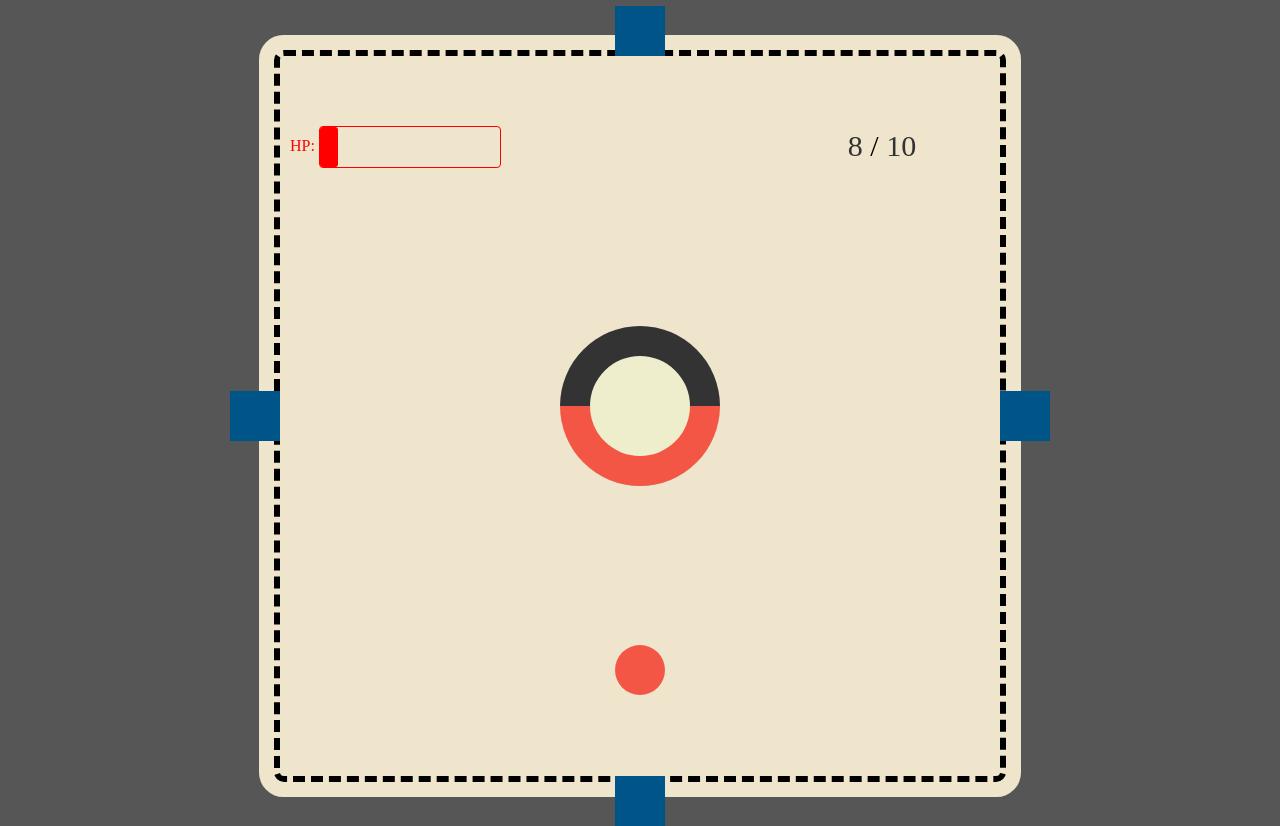
Repository: EEETA/ball-game
Page: theBall2/index.html
These files come from the project's save history. The page is drawn as it stood at one moment and after the next save; the edit follows.
The browser window is 1280 px wide. The pictures show the whole page.
After loading, the first visible `button.start` was clicked once.

Above is the page before, as saved 2018-08-02 16:32:32.

### theBall2/index.html
<!DOCTYPE html>
<html lang="en">
<head>
    <meta charset="UTF-8">
    <title>theBall</title>
	<link rel="stylesheet" href="style/index.css">
    <script src="js/jquery-1.8.3.min.js"></script>
	<script src="js/jquery.rotate.min.js"></script>
</head>
<body>
    <section class="box">
        <!-- 旋转div -->
        <section class="ball ballZhuan">
            <div class="redPart_box">
                <div class="redPart"></div>
            </div>
            <div class="blackPart_box">
                <div class="blackPart"></div>
            </div>
            <div class="middlePart"></div>
        </section>
        <div class="ball2"></div>

        <section class="idx_pattern">
            <!-- 主界面-游戏模式 -->
        </section>
        <section class="idx_intro">
            <!-- 主界面-游戏玩法 -->
        </section>

        <section class="game_mask">
        <!-- 游戏界面-娱乐模式遮罩提示层 -->
        </section>
        <div class="arrow">
            <!-- 升级效果 -->
        </div>
        <section class="game_shootBox">
            <!-- 游戏界面-小球发射台 -->
        </section>
        <section class="game_fraction">
            <!-- 游戏界面-分数血量显示 -->
        </section>
        <section class="game_hanlder">
            <!-- 游戏界面-结束模块 -->
        </section>
    </div>

    <script src="data/data.js"></script>
    <script>
        const patternLen = pattern.length;
        const idxPattern = document.querySelector('.idx_pattern');
        const idxIntro = document.querySelector('.idx_intro');
        const gameShootBox = document.querySelector('.game_shootBox');
        const gameFraction = document.querySelector('.game_fraction');
        const gameHanlder = document.querySelector('.game_hanlder');
        const gameMask = document.querySelector('.game_mask');
        var my=[];
        /*主界面-游戏模式*/
        for(var i=0;i<patternLen;i++){
            let idxPatternMain=`<div class="playWrap">
                                    <div class="playTit"> ${pattern[i].patternName} </div>
                                    <div class="playIntroduce">
                                        <div class="playIntroduceTxt">1.通关条件 <span style="color:#EE8E4E"> ${pattern[i].explain.condition} </span></div>
                                        <div class="playIntroduceTxt">2. ${pattern[i].explain.produce} </div>
                                    </div>
                                    <button class="start">START</button>
                                </div>`
            idxPattern.innerHTML+=idxPatternMain;
        }
        /*主界面-游戏玩法*/
        let produceTxt=`<div class="introTxt">
                            <div>
                                1.按空格键/AD可旋转 <img src="img/img1.png" alt="" class="sizeOne">
                            </div>
                            <div>
                                2.当<img src="img/img2.png" alt="" class="sizeOne">掉落时,根据模式将 <img src="img/img1.png" alt="" class="sizeOne"> 旋转到对应的颜色即可得1分,反之<span style="color:red">HP-1</span>
                            </div>
                            <div>
                                3.进入游戏后，每个玩家血量为5,右上角为分数面板 <img src="img/img3.png" alt="" class="sizeTwo"> 左侧为当前分数,右侧为当前关卡上限,分数达到上限即可进入下一关
                            </div>
                        </div>
                        <button class="introTxtBtn">游戏玩法</button>`
        idxIntro.innerHTML=produceTxt;



        /*游戏界面-小球发射台*/
        let gameShootBoxMain=`<div class="top">
                                    <div class="div_middle"></div>
                                </div>
                                <div class="bottom">
                                    <div class="div_middle"></div>
                                </div>
                                <div class="left">
                                    <div class="div_middle"></div>
                                </div>
                                <div class="right">
                                    <div class="div_middle"></div>
                                </div>`
        gameShootBox.innerHTML+=gameShootBoxMain;
        /*游戏界面-分数血量显示*/
        let gameFractionMain=`<div class="life">HP:
                                    <div class="hp_div">
                                        <div class="hp_div_main"></div>
                                    </div>
                                </div>
                                <div class="fraction">
                                    <span class="fraction_left"></span>
                                    /
                                    <span class="fraction_right"></span>
                                </div>`
        gameFraction.innerHTML=gameFractionMain;
        /*游戏界面-结束模块*/
        let gameHanlderMain=`<div class="interface">
                                <div class="over">Game Over</div>
                                <div class="success">成功通关</div>
                            </div>
                            <div class="button_box">
                                <button class="button_left">再玩一次</button>
                                <button class="button_right">返回大厅</button>
                            </div>`
        gameHanlder.innerHTML=gameHanlderMain;
        /*游戏界面-娱乐模式遮罩提示层*/
        let gameMaskMain=`<div class="Mask_span">
                                <span>按A键向左转</span>
                                <span>按D键向右转</span>
                            </div>
                            <span class="Mask_p">- 按空格键继续 -</span>`
        gameMask.innerHTML=gameMaskMain;
    </script>
    <script src="js/index.js"></script>
    <script src="js/animation.js"></script>
</body>
</html>

### theBall2/style/index.css
@charset "UTF-8";
html{background: #565656;}
body{-webkit-user-select:none;-moz-user-select:none;-ms-user-select:none; user-select:none;}
input{border: none;outline: none;-webkit-tap-highlight-color: #000000;-webkit-tap-highlight-color: rgba(0, 0, 0, 0);}
button{outline: none;}

.box{
    position: relative;
    margin: 50px auto 0;
    /* overflow: hidden; */
    width: 1080px;
    height: 720px;
    background: #eee5cc;
    border: 6px dashed #000;
    box-shadow: 0 0 0 15px #eee5cc;
    border-radius: 10px;
}
/*两种小球制作*/
.ball{
    position: relative;
    width: 160px;
    height: 160px;
    margin:60px auto 0;
    /* transform:rotate(0deg);
    -ms-transform:rotate(0deg);
    -moz-transform:rotate(0deg);
    -webkit-transform:rotate(0deg);
    -o-transform:rotate(0deg); */
    opacity:1
}
.redPart_box,.blackPart_box{
    height: 50%;
    overflow:hidden;
}
.redPart,.blackPart{
    position: relative;
    height: 160px;
    width: 160px;
    border-radius:50%
}
.redPart{background: #f45646;}
.blackPart{background: #333;top:-100%}
/* .redPart{background: #ff9b9b;}
.blackPart{background: #2aa1a7;top:-100%} */
.middlePart{
    position: absolute;
    left: 30px;
    top: 30px;
    width: 100px;
    height:100px;
    border-radius: 50%;
    background:#eec;
}
.ballZhuan{
    animation-name:rotate;
    animation-iteration-count: infinite;
    animation-duration: 4s;
    animation-timing-function: linear;
}
@keyframes rotate{
    0%{
        transform:rotate(0deg)
    }
    100%{
         transform:rotate(360deg)
    }
}


/*小球发射*/
.div_middle{
    position: relative;
    margin: 0 auto;
    width: 50px;
    height: 50px;
    background: #058;
}
.div_ball{
    position: absolute;
    width: 100%;
    height:100%;
    background:#f45646;
    border-radius: 50%;
}
.ball_middle{
    height: 75px;
    width:75px;
    border-radius: 50%;
    background: #333;
    opacity:0.5;
    position: absolute;
    top: calc(50% - 37px);
    left:calc(50% - 37px);
}
.top,.bottom{position: absolute;left:0;right:0;}
.left,.right{position: absolute;top:50%;margin-top: -25px;}
.left{left: -50px}
.right{right: -50px}
.top{top: -50px}
.bottom{bottom:-50px}
/* .left .div_middle,.right .div_middle{position: absolute;top: 106px;} */

.game_fraction{
    width: 100%;
    height: 80px;
    top:50px;
    position: absolute;
    display: none;
}
.life{width: 60%;height: 100%;display: inline-block;line-height: 80px;text-indent: 10px;color:#f00;}
.fraction{width: 30%;height: 100%;text-align: center;line-height: 80px;float: right;margin-right: 10px;font-size: 30px;}
.fraction span{color:#333;}
.firworks{width: 4px;height: 4px;position: absolute;border-radius: 50%}
.over,.success{position: absolute;top:43%;font-size: 60px;opacity:0;z-index: 30;width: 100%;text-align: center;}
.arrow{height: 300px;width: 500px;position: absolute;top: calc(50% - 150px);left: calc(50% - 250px);}
.arrow span{font-size: 30px;color: #333;position: absolute;left: calc(50% - 145px);top: 150px;opacity: 0;height: 100px;width: 300px;text-align: center;}
 .img{height:80px;width: 30px;position: absolute;}

.ball2{
    width: 0;
    height: 0;
    border-top:20px solid #f45646;
    border-bottom: 20px solid #333;
    border-left:20px solid #efa97a;
    border-right:20px solid #6dd3ce;
    border-width: 86px;
    position: absolute;
    top: calc(50% - 90px);
    left: calc(50% - 85px);
    opacity: 0;
    /* z-index: 10;
    transform:rotate(0deg); */
    /* border-radius: 50%; */
}

.button_box{
    position: absolute;
    left:0;
    right:0;
    bottom:45px;
    margin:0 auto;
    width: 380px;
    display: none;
    opacity: 0;
}
.button_left,.button_right{
    height: 46px;
    width: 150px;
    background:#333;
    border-radius:3px;
    font-size: 24px;
    color:#fff;
    cursor:pointer;
    border:none;
}
.button_left:hover,.button_right:hover{background: #f45646;}
.button_left{float:left;}
.button_right{float:right;}


/************************************游戏玩法***********************************/
.introTxtBtn{
    position: absolute;
    bottom: 34px;
    font-size: 20px;
    cursor:pointer;
    z-index: 1000;
    left: calc(50% - 50px);
    height: 40px;
    width: 100px;
    text-align: center;
    line-height: 40px
}
.introTxtBtn:hover{
    background: #333;
    color: #fff;
}
.introTxt{
    width: 500px;
    height: 530px;
    left: calc(50% - 250px);
    top: calc(50% - 300px);
    line-height: 40px;
    background: #fff;
    border-radius: 5px;
    display: none;
    z-index: 1001;
    position: absolute;
}
.sizeOne,.sizeTwo{
    position:relative;
    top: 10px;
}
.sizeOne{width: 40px;}
.sizeTwo{width: 80px;}
.introTxt div{margin:30px auto;width: 90%;font-size: 24px}
.introTxt p{display: inline-block;}



.hp_div{display: inline-block;width: 180px;height: 40px;border:1px solid red;vertical-align:middle;border-radius: 4px;}
.hp_div_main{height: 100%;width: 100%;background: red;border-radius: 3px;}


.game_mask{
    display: none;
    position: absolute;
    width: 100%;
    height: 100%;
    top: 0;
    left: 0;
    background: rgba(51,51,51,.5);
    font-size: 30px;
    color: #fff;
    z-index: 1;
}
.Mask_span{
    position: absolute;
    top:calc(50% - 100px);
    opacity: 1;
    width: 100%;
    text-align: center;
    line-height: 100px;
}
.Mask_span span{
    display: block;
}
.Mask_p {
    position: absolute;
    bottom: 150px;
    width: 100%;
    text-align: center;
    font-size:40px;
    color: #000;
    animation-name:opacity;
    animation-iteration-count: infinite;
    animation-duration: 1.8s;
}
@keyframes opacity{
    0%{
        opacity:0
    }
    50%{
        opacity: 1
    }
    100%{
        opacity:0
    }
}


/*playFour*/
.idx_pattern{
    overflow:auto;
    position: relative;
    margin: 0 auto;
    width: 90%;
    margin-top: 90px;
}
.playWrap{
    overflow: hidden;
    position: relative;
    float:left;
    width: 32%;
    height: 280px;
    background:#fff;
    color:#333;
    border-top: 30px solid;
}
.playWrap:nth-child(2){margin: 0 2%;}
.playWrap:hover{
    background: rgba(255,255,255,.7)
}
.playTit{
    /* width: 100%; */
    border-bottom: 1px solid #000;
    font-size: 24px;
    line-height: 50px;
    text-indent: 10px;
}
.playIntroduce{
    font-size: 18px;
    text-align: left;
    line-height: 30px;
    margin: 0 auto;
    width: 94%;
}
.start{
    position:absolute;
    bottom:0;
    left:0;
    right:0;
    width: 200px;
    height: 46px;
    background: #EE8E4E;
    color: #fff;
    outline: none;
    margin: 0 auto 20px;
    cursor: pointer;
    border: none;
}
.start:hover{background: rgba(51,51,51,1)}

### theBall2/data/data.js

/*
patternName：模式名称
explain：游戏说明
condition：过关条件
produce：关卡介绍
tip：其他
*/
var pattern=[
    {
        patternName:'标准模式',
        explain:{
            condition:'100分',
            produce:'关卡为5个，得满100分即为通关',
            tip:''
        }
    },
    {
        patternName:'颠倒模式',
        explain:{
            condition:'60分',
            produce:'关卡为3个，小球撞击位置需与发球相反，游戏难度随得分增加',
            tip:''
        }
    },
    {
        patternName:'娱乐模式',
        explain:{
            condition:'无',
            produce:'关卡不限，游戏难度随得分增加',
            tip:''
        }
    }
]
var gameInit=[
    {
        hp:1,
        hp_box:10,
        fraction:0,
        toplimit:10,

    }
]
// var gameHanlder={
//     gameOver="Game Over",
//     gameSuccess="游戏通关",
// }

### theBall2/js/index.js



var time=new Date();/*时间差*/
var numList,
background,
box_num,
hp,/*当前血量*/
hp_box,/*总血量*/
fail_hp,/*当前血量*/
fractionNow,/*得分*/
fractionNeed,/*升级需要得分*/
speed,
delayed,
num_number,
box_num_number,
direction,
box,
interval,
this_ball,
switch_1,

visited,/*进入过娱乐模式后，不再弹出操作提示框*/
negative,
numbox,

switch_1=0;
visited=false;
numList=0;
negative=0;
delayed=0;
degree=-180;
interval=300;
num_number=2;
box_num_number=2;

box=$('.ball');

const idxW=1080;/*主界面宽高*/
const idxH=720;
const gameW=720;/*游戏宽高*/
const gameH=720;

const start=document.querySelectorAll('.start');
let again;/*再来一次时用来判断模式*/

window.onload=function(){
    $('.ball').addClass("ballZhuan");
    $(".introTxtBtn").mouseover(function(){ $('.introTxt').stop().fadeIn(400);})
	$(".introTxtBtn").mouseout(function(){ $('.introTxt').stop().fadeOut(400);})
    choose();
}

function choose(){//进入对应模式
	for(let i=0;i<start.length;i++){
        start[i].onclick=function(){
            $('.idx_pattern').fadeOut(300);
            $('.introTxtBtn').fadeOut(300);
            again=i;
            initInfo(i);
            setTimeout(function(){
        		appendball(i);
        	},1200)
        }
	}
}

function initInfo(numberMode){
    hp=1;
    hp_box=10;
    fail_hp=hp*100/hp_box;
    fractionNow=8;
    if(!numberMode){fractionNeed=10;}
    else{fractionNeed="∞";}
    speed=800;

    /*颠倒模式互换颜色*/
	if(numberMode==1){
		$('.redPart').css('background','#333');
		$('.blackPart').css('background','#f45646');
    }

	if(numberMode==2){
		speed=1400;
	    numList=-360;
	    num_number=4;
	    box_num_number=4;
	    degree=-90;
		delayed=1100;
	}
	if(numberMode==2&&visited==true){
		box.rotate({
            animateTo:numList,
            duration:450,
        });
	}
    $('.fraction_left').html(fractionNow);
    $('.fraction_right').html(fractionNeed);
    $('.hp_div_main').animate({width:fail_hp+"%"});

    box_animation(gameW,gameH,500);
    $('.game_fraction').fadeIn(500);

    /*小球位置及角度就绪*/
    $('.ball').animate({top:'210px'},500,function(){
        $(this).removeClass("ballZhuan");
        if(numberMode!=2){
            $(this).rotate({animateTo:-180,duration:600});/*这一步尤为重要，得分是在-180°上去迭代完成的，角度不转会十分生硬*/
            numList=-180;
        }
        else if(numberMode==2){
            if(visited){
                appendball('.div_middle');
                rotate_transition(".ball",".ball2");
            }else{
                // Mask();
                $('.game_mask').fadeIn(300);
                rotate_transition(".ball",".ball2");
            }
        }
    })
}

/*关卡设置*/
// function levelUp(numberMode){
// 	if(numberMode==0 || numberMode==2){
// 		if(fractionNow%10==0){
// 	        callarrow("速度加快");
// 			speed-=100;
// 	        delayed=1100;
// 		}
// 	}
// 	if(numberMode==1){
// 		if(fractionNow==10){
// 	        callarrow("速度加快");
// 	        speed-=200;
// 	        fractionNeed=30;
// 	        delayed=1100;
// 		}
// 	    if(fractionNow==30){
// 	        callarrow("lalala");
// 	        speed-=100;
// 	        fractionNeed=50;
// 	        delayed=1100;
// 	    }
// 	}
// }

function appendball(numberMode){  //生成小球
    if(hp<=0){
        $('.over').animate({opacity:1},600,function(){
            $('.button_box').css('display','block');
            $('.button_box').animate({opacity:1},800)});
        return;
    }
	if(numberMode==1&&fractionNow==50){
        $('.success').animate({opacity:1},600,function(){
	            $('.button_box').css('display','block')
	            $('.button_box').animate({opacity:1},800)
	        });
	    return;
   }
    if(numberMode==2){
	    box=$('.ball2');
	    return;
    }

	// levelUp(numberMode);
    // $('.fraction_right').html(fractionNeed);

    ballFour=new Array();
    ballFour[0]="#f45646";
    ballFour[1]="#333";
    ballFour[2]="#efa97a";
    ballFour[3]="#6dd3ce";

    var num=parseInt(Math.random()*num_number);
    box_num=parseInt(Math.random()*box_num_number);
    $('<div class="div_ball" style="background:'+ballFour[num]+';"></div>').appendTo($('.div_middle')[box_num]);
    this_ball=$('.div_ball');
    setTimeout(function(){ballmove(this_ball,box_num,numberMode)},delayed);
}

/*小球运动*/
function ballmove(this_ball,box_num,numberMode){
    delayed=0;
    box_num < 2 ? (box_num==0 ? range=350 : range=-350) : (box_num==2 ? range=350 : range=-350);
    box_num < 2 ? direction='top' : direction='left';
    this_ball.animate(
        {[direction]:""+range+"px"},
        {duration:speed,
         easing:'linear',    // easing:'linear' 匀速直线运动
            progress:function(){
                var this_height=Math.floor($(this).offset().top)+$(this).height();
                var this_width=Math.floor($(this).offset().left)+$(this).width();
                var box_top=box.offset().top;
                var box_left=box.offset().left;
                var box_height=box.offset().top+box.height();
                var box_width=box.offset().left+box.width();

                if(box_num_number == 2){ //两个方向
                    if(box_num < 2){  //上下
                        if(range==350){  //向下
                            if(this_height>=box_top+2){
                                movejudge(this,-270,-0,-90,-180,4,numberMode);
                            }
                        }else if(range==-350){  //向上
                            if($(this).offset().top<=box_height){
                                movejudge(this,-90,-180,-270,-0,4,numberMode);
                            }
                        }
                     }
                }
                else if(box_num_number==4){ //四个方向
                    if(box_num < 2){  //上下
                        if(range==350){  //向下
                            if(this_height>=box_top+2){
                                 movejudge(this,-270,-0,-90,-180,5,numberMode);
                            }
                        }else if(range==-350){  //向上
                            if($(this).offset().top<=box_height+170){
                                 movejudge(this,-90,-180,-270,-0,5,numberMode);
                            }
                        }
                    } else if(box_num >= 2){   //左右
                        if(range==350){    //向右
                            if(this_width>=box_left+2){
                                movejudge(this,-0,-90,-180,-270,5,numberMode);
                            }
                        }else if(range==-350){  //向左
                            if(this_width <= box_width+218){
                                 movejudge(this,-180,-270,-0,-90,5,numberMode);
                            }
                        }
                    }
                }
            }
        }
    )
}



document.addEventListener('keydown',ballPlay,false);
function ballPlay(){
    if(box_num_number==2&&event.keyCode==32){  //只有两种颜色
        if(new Date()-time>interval){
            numList+=degree;
            box.rotate({
                animateTo: numList,
                duration:450,
            });
            time=new Date();
        }
    }
    else if(box_num_number==4){  //四钟颜色
        if(event.keyCode==32 && visited==false){   //遮罩按空格
            switch_1=1;
            $('.game_mask').fadeOut(500);
            $('.Mask_p').fadeOut(200);
            $('.Mask_span').fadeOut(500);
            visited=true;
	      	appendball('.div_middle');
        }
        if(event.keyCode==65){   //左
            numList+=degree;
            negative=numList;
            if(numList>0){   //度数往右转 度数变为正数时
                if(numList%360==90 || numList%360==270){
                    negative=-numList-180;
                }
                if(numList%360==0 || numList%360==180){
                    negative=-negative
                }
            }
            box.rotate({
                    animateTo: numList,
                    duration:340,
            });
        }
        if(event.keyCode==68){  //右
            numList-=degree;
            if(numList<0) negative+=degree;
            if(numList>0) {
                if(numList%360==0 || numList%360==180){
                    negative=-numList;
                }
                if(numList%360==90 || numList%360==270){
                    negative=-numList-180;
                }
            };
            box.rotate({
                    animateTo: numList,
                    duration:340,
            });
        }
  	}
}

/*再玩一次&&返回主界面*/
const buttonLeft=document.querySelector('.button_left');
const buttonRight=document.querySelector('.button_right');
buttonLeft.addEventListener('click',playAgain,false)
buttonRight.addEventListener('click',backIdx,false)
function playAgain(){
    $('.over,.success,.button_box').animate({opacity:0},200);
    $('.button_box').css('display','none');

    initInfo(again);
    setTimeout(function(){
        appendball(again);
    },1200)
}
function backIdx(){
    box_animation(idxH,idxW,500);
	degree=-180;
	negative=0;
	speed=1200;
    numList=0;
	delayed=0;
	num_number=2;
	box_num_number=2;
	$('.blackPart').css('background','#333');
	$('.redPart').css('background','#f45646');
    rotate_transition(".ball2",".ball");
	box=$('.ball');

   	$('.game_fraction').fadeOut(300);
    $('.button_box').css('display','none');
    $('.over,.success').animate({opacity:0},100);
    $('.ball').animate({top:'0px'},500,function(){
        $(this).addClass("ballZhuan");
	})
	setTimeout(function(){
		$('.introTxtBtn').fadeIn(300);
		$('.idx_pattern').fadeIn(300);
   	},800)
}

Loaded but not shown: theBall2/js/jquery-1.8.3.min.js (library); theBall2/js/jquery.rotate.min.js (library); theBall2/js/animation.js (159 lines, source omitted)

After the next save:
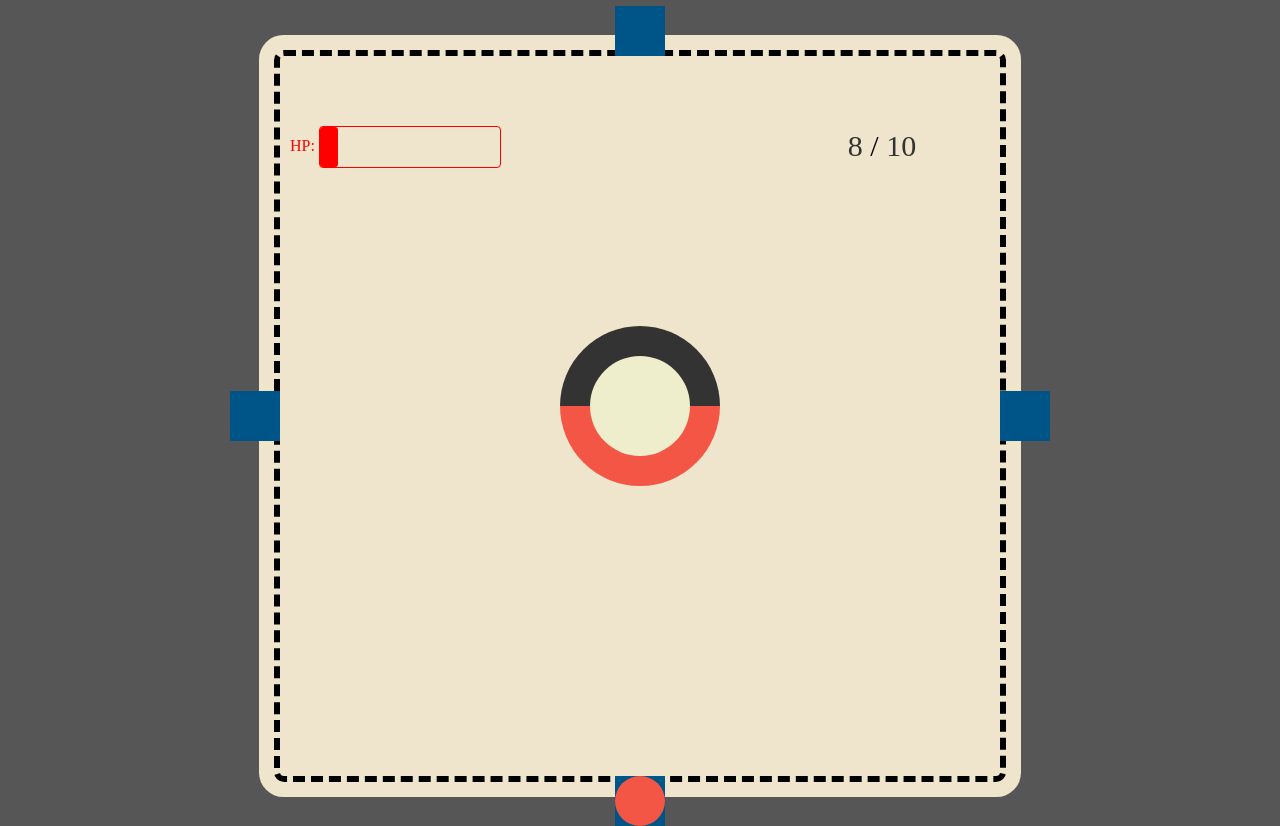
Saved 23 s later.
--- a/theBall2/js/index.js
+++ b/theBall2/js/index.js
@@ -178,7 +178,7 @@ function appendball(numberMode){  //生成小球
     box_num=parseInt(Math.random()*box_num_number);
     $('<div class="div_ball" style="background:'+ballFour[num]+';"></div>').appendTo($('.div_middle')[box_num]);
     this_ball=$('.div_ball');
-    setTimeout(function(){ballmove(this_ball,box_num,numberMode)},delayed);
+    // setTimeout(function(){ballmove(this_ball,box_num,numberMode)},delayed);
 }
 
 /*小球运动*/
